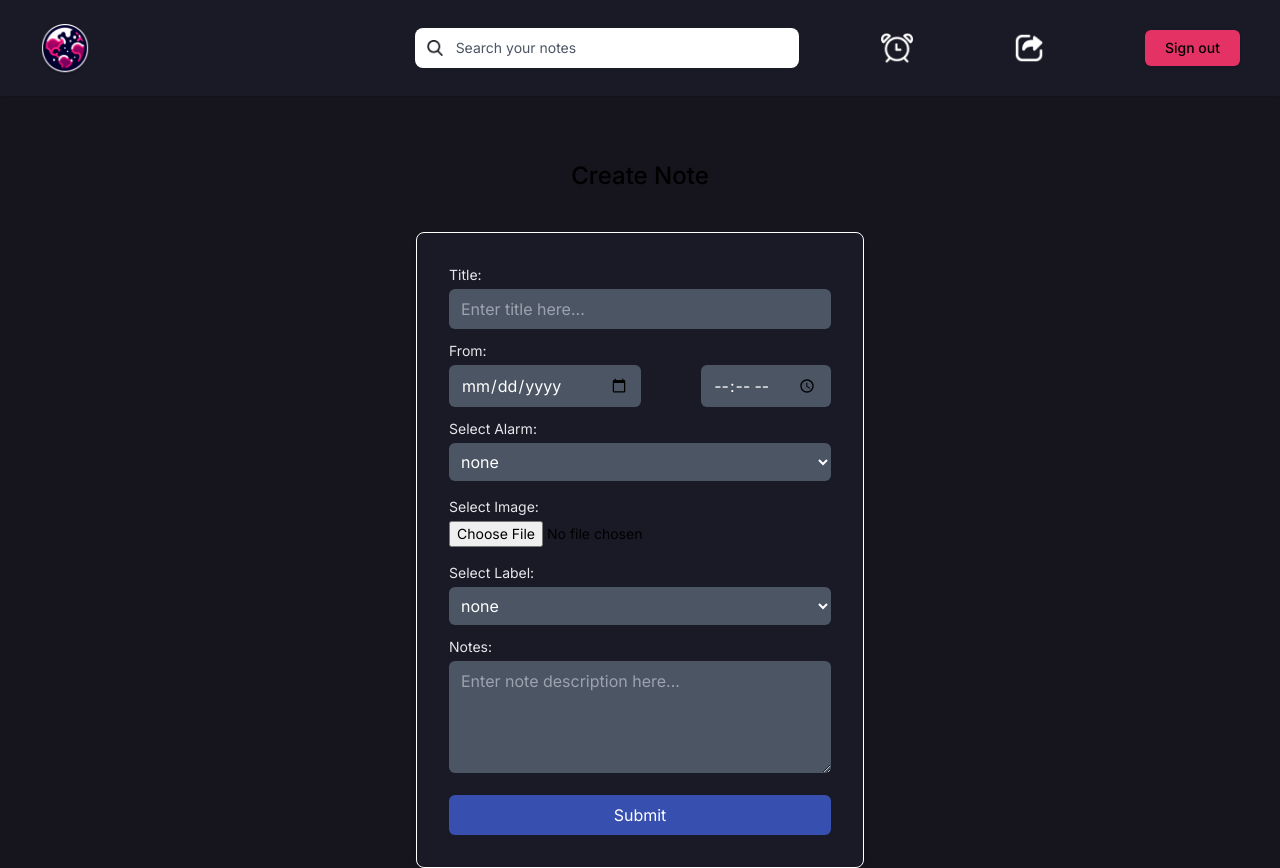
Repository: plan-it-earth/plan-it-earth
Page: /pages/calendar/createnote
These files come from the project's save history. The page is drawn as it stood at one moment and after the next save; the edit follows.
The browser window is 1280 px wide. The pictures show the whole page.
The project was rebuilt for these pictures with package versions that can differ from the ones it lists, and the page was loaded fresh each time. The framework's server and built-in components were replaced by stand-ins that run in the browser. Also part of the build but not shown: next.config.mjs.

Above is the page before, as saved 2024-04-18 19:16:39.

After the next save:
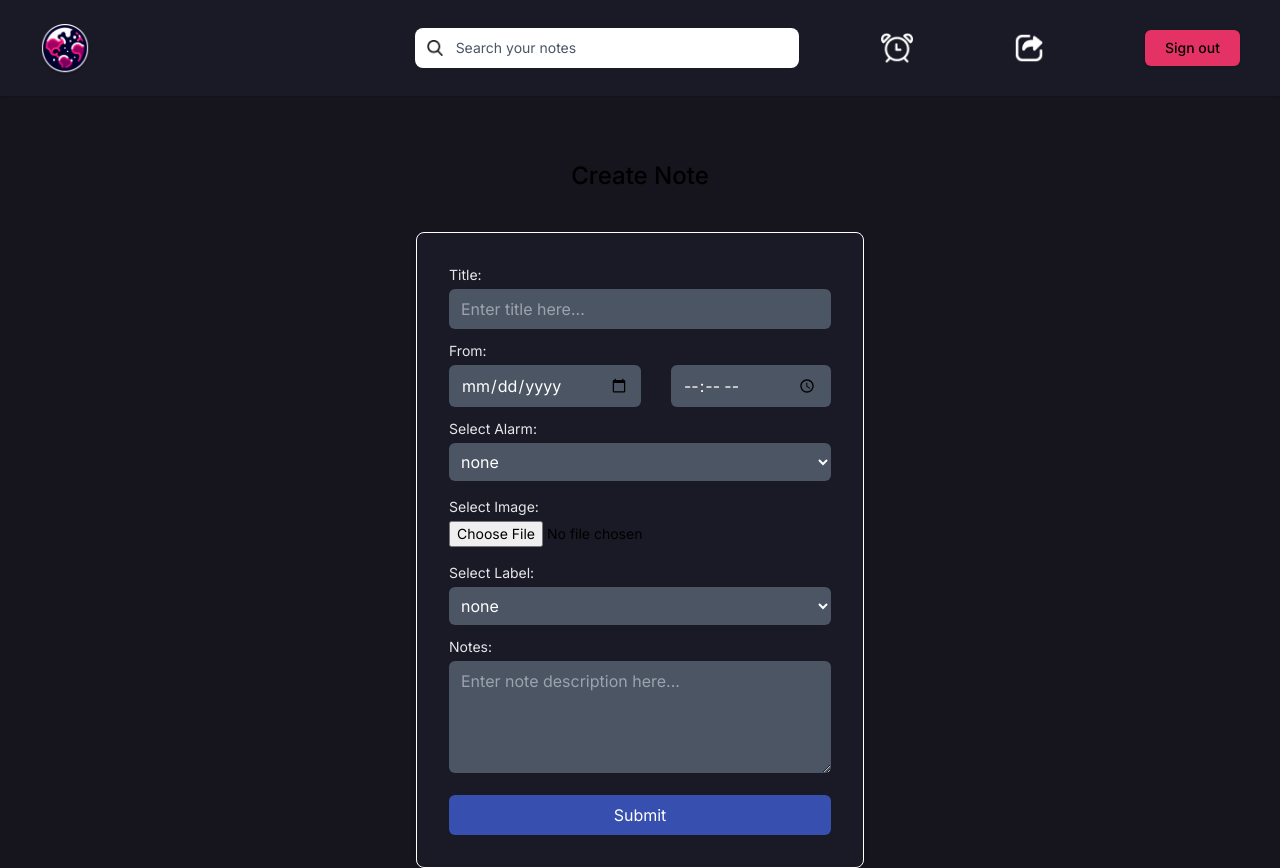
Saved 7 s later.
--- a/app/pages/calendar/createnote/page.jsx
+++ b/app/pages/calendar/createnote/page.jsx
@@ -147,7 +147,7 @@ export default function CreateNote() {
                         <label className="block text-sm font-normal mt-3 text-gray-200">From:</label>
                         <div className="flex flex-row justify-between">
                             <input type="date" id="date" name="date" required value={formData.date} onChange={handleDateChange} className="text-white bg-gray-600 mt-1 px-3 py-2 rounded-md w-48 dark focus:outline-none" />
-                            <input type="time" id="time" name="time" required value={time} onChange={handleTimeChange} className="text-white bg-gray-600 mt-1 px-3 py-2 rounded-md h-full " />
+                            <input type="time" id="time" name="time" required value={time} onChange={handleTimeChange} className="text-white bg-gray-600 mt-1 px-3 py-2 rounded-md h-full w-40" />
                             {/*<input type="text" id="time" name="time" value={time} onChange={handleTimeChange} onBlur={validateTime} placeholder="12:00" className="text-white bg-gray-600 mt-1 px-3 py-2 rounded-md w-20 text-center focus:outline-none"/>
                             <select id="am/pm" className="text-white bg-gray-600 mt-1 p-2 rounded-md focus:outline-none">
                                 <option value="AM">AM</option>
